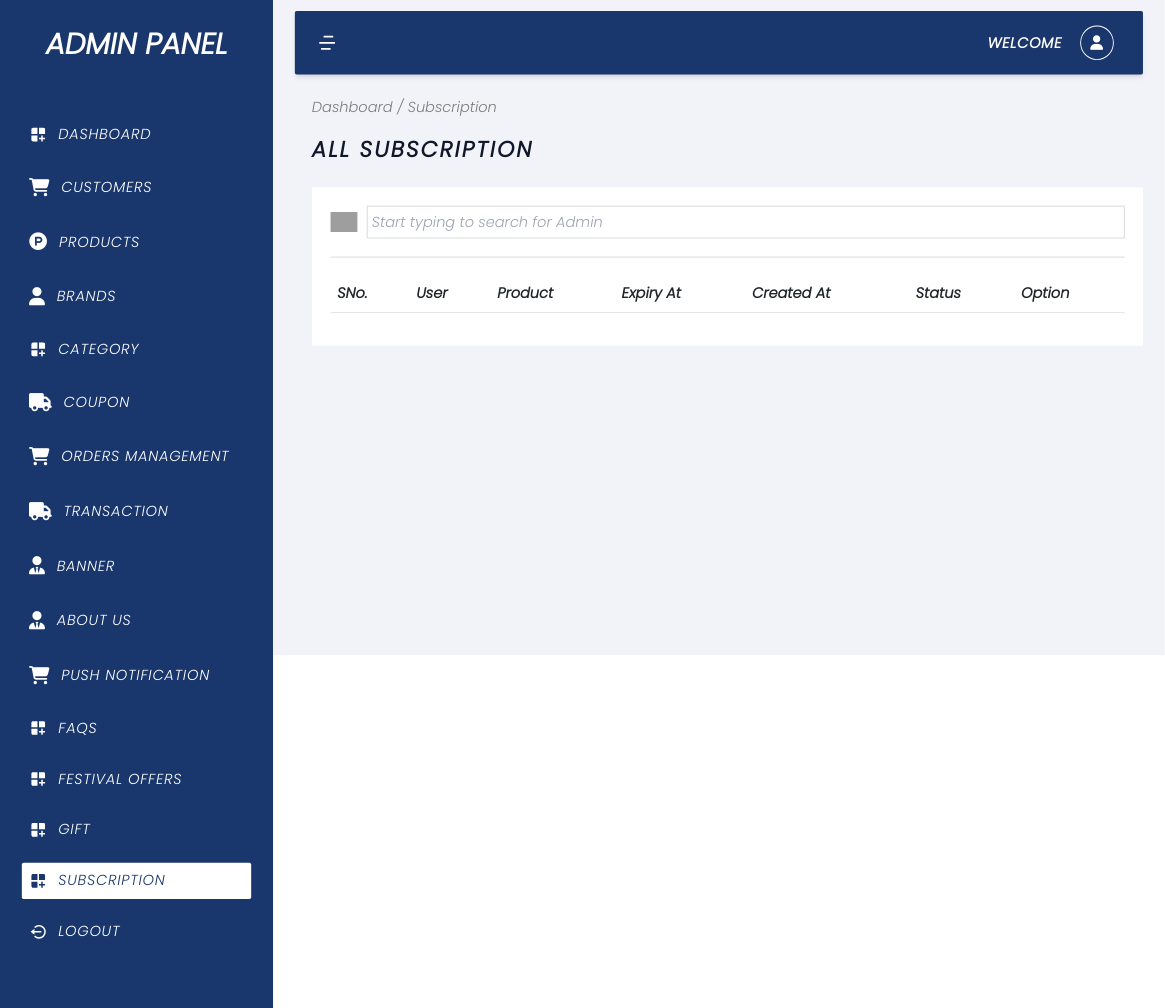
Repository: FlyweisReact/AnilAdminPanel
Page: /subs
An editor plug-in stored every save of this project. The page is shown before and after the next save, followed by the edit.
The browser window is 1280 px wide. The pictures show the whole page, at 91% of full size.
Pictures or frames that could not be fetched are drawn as grey boxes. The page's requests for data from a server got no answer. Some web libraries are served in a nearby version. The project was rebuilt for these pictures with package versions that can differ from the ones it lists, and the page was loaded fresh each time. No one was signed in, and anything a server would have sent is missing. Also part of the build but not shown: src/E-CommerceAdmin/forms/Login.jsx, src/E-CommerceAdmin/pages/ECategory.js, src/E-CommerceAdmin/pages/EProduct.js, src/E-CommerceAdmin/pages/EAdminOrders.js, src/E-CommerceAdmin/pages/EAdminDelivery.js, src/E-CommerceAdmin/pages/EAdminCustomer.js, src/E-CommerceAdmin/pages/EAdmin.js, src/E-CommerceAdmin/pages/ESubCategory.js and 6 more.

Above is the page before, as saved 2023-05-04 14:29:08.

### public/index.html
<!-- @format -->

<!DOCTYPE html>
<html lang="en">
  <head>
    <meta charset="utf-8" />
    <meta name="viewport" content="width=device-width, initial-scale=1" />
    <meta name="theme-color" content="#000000" />
    <meta
      name="description"
      content="Web site created using create-react-app"
    />
    <link rel="apple-touch-icon" href="%PUBLIC_URL%/favicon.ico?v=2" />
    <link rel="manifest" href="%PUBLIC_URL%/manifest.json" />
    <link rel="preconnect" href="https://fonts.googleapis.com">
<link rel="preconnect" href="https://fonts.gstatic.com" crossorigin>
<link href="https://fonts.googleapis.com/css2?family=Roboto+Mono:ital,wght@1,300&display=swap" rel="stylesheet">
    <title>Anil Admin Panel</title>
  </head>
  <body>
    <noscript>You need to enable JavaScript to run this app.</noscript>
    <div id="root"></div>
    <script src="https://code.jquery.com/jquery-3.6.0.min.js"></script>
    <script src="https://kit.fontawesome.com/b533b351e4.js" crossorigin="anonymous"></script>
  </body>
</html>

### src/index.js
import React from "react";
import ReactDOM from "react-dom/client";
import "./index.css";
import App from "./App";
import { BrowserRouter } from "react-router-dom";
import 'bootstrap/dist/css/bootstrap.min.css'

const root = ReactDOM.createRoot(document.getElementById("root"));
root.render(
  <React.StrictMode>
    <BrowserRouter>
      <App />
    </BrowserRouter>
  </React.StrictMode>
);

### src/index.css
/** @format */

@tailwind base;
@tailwind components;
@tailwind utilities;

@import url("https://fonts.googleapis.com/css2?family=Roboto+Mono:ital,wght@1,300&display=swap");
@font-face {
  font-family: Roboto;
  src: url("./Fonts/Poppins-LightItalic.ttf");
}
body {
  margin: 0;
  font-family: Roboto !important;
  -webkit-font-smoothing: antialiased;
  -moz-osx-font-smoothing: grayscale;
}

code {
  font-family: Roboto !important;
}

html {
  font-family: Roboto !important;
}

::-webkit-scrollbar {
  width: 10px;
}
.fa-trash {
  color: red;
  cursor: pointer;
}

.iCOn {
  transition: 0.5s;
  box-shadow: none;
  transform: scale(1);
}
.cardDiv {
  cursor: pointer;
}

.cardDiv:hover .iCOn {
  box-shadow: rgba(0, 0, 0, 0.35) 0px 5px 15px;
  transform: scale(1.3);
}

/* Track */
::-webkit-scrollbar-track {
  background: #f1f1f1;
}

/* Handle */
::-webkit-scrollbar-thumb {
  background: #888;
}

/* Handle on hover */
::-webkit-scrollbar-thumb:hover {
  background: #555;
}
.profileImage {
  width: 100px;
}
.fa-eye {
  color: #029aff;
  cursor: pointer;
}
.fa-edit {
  cursor: pointer;
  color: blue;
}

.View {
  border: 1px solid black;
  width: 100%;
  padding: 10px;
}

.main-card--container {
  display: grid;
  grid-template-columns: repeat(3, minmax(300px, 500px));
  grid-gap: 50px;
  justify-content: space-around;
}
.card-container {
  margin: 25px 0 auto;
  box-shadow: rgba(0, 0, 0, 0.35) 0px 5px 15px;
  position: relative;
  display: grid;
  grid-template-columns: 1fr;
  justify-content: space-around;
  align-items: flex-start;
}

.gridCont{
  display: grid;
  grid-template-columns: auto auto auto;
  justify-content: space-evenly;
  gap: 20px;
}
.gridCont div img{
  width: 300px;
  height: 200px;
}
.gridCont div p{
  margin: 0;
}
.gridCont div{
  padding: 10px;
  box-shadow: rgba(0, 0, 0, 0.35) 0px 5px 15px;
}
.gridCont div .head{
  font-weight: bold;
}
.gridCont div button{
  width: 100%;
  margin-top: 10px;

  border-radius: 0px;
  margin-bottom: 10px;
}



.myEdit:focus {
  box-shadow: rgba(0, 0, 0, 0.35) 0px 5px 15px;
}

.AstroLogin {
  color: #fff;
  background-color: #2b7a8e;
  padding: 10px;
  width: 380px;
  text-align: center;
  font-size: 20px;
  background: linear-gradient(to left, #2b7a8e 50%, #fff 50%) right;
  background-size: 200%;
  transition: 0.5s ease-out;
  border: 1px solid #2b7a8e;
  margin-top: 10px;
  text-transform: uppercase;
}
.AstroLogin:hover {
  background-position: left;
  color: #2b7a8e;
}

.EcommerceAdminLogin {
  color: #fff;
  background-color: #19376d;
  padding: 10px;
  width: 380px;
  text-align: center;
  font-size: 20px;
  background: linear-gradient(to left, #19376d 50%, #fff 50%) right;
  background-size: 200%;
  transition: 0.5s ease-out;
  border: 1px solid #19376d;
  margin-top: 10px;
  text-transform: uppercase;
}

.EcommerceAdminLogin:hover {
  background-position: left;
  color: #19376d;
}
.EcommerceVendorLogin {
  color: #fff;
  background-color: #576cbc;
  padding: 10px;
  width: 380px;
  text-align: center;
  font-size: 20px;
  background: linear-gradient(to left, #576cbc 50%, #fff 50%) right;
  background-size: 200%;
  transition: 0.5s ease-out;
  border: 1px solid #576cbc;
  margin-top: 10px;
  text-transform: uppercase;
}

.EcommerceVendorLogin:hover {
  background-position: left;
  color: #576cbc;
}

.view {
  background-color: #2196f3;
  color: #fff;
  width: 50%;
  padding: 5px;
}

.two-sec {
  display: flex;
  justify-content: space-evenly;
  justify-content: space-evenly;
}
.two-sec .left {
  width: 60%;
  background-color: #f6f1ef;
  padding: 20px;
}
.two-sec .left .head {
  font-size: 25px;
  font-weight: bold;
}

.two-sec .right {
  width: 30%;
  background-color: #f6f1ef;
}

.searchDiv {
  width: 100%;
  display: flex;
  gap: 10px;
  border: 1px solid rgb(179, 179, 179);
  padding: 10px;
  margin-bottom: 20px;
  align-items: center;
}
.searchDiv input {
  width: 94%;
  outline: none;
  border: none;
}

.flexCont {
  display: flex;
  align-items: center;
  gap: 10px;
}
.flexCont img {
  width: 60px;
  background-color: #e9ecef;
}

.blockContent {
  display: block;
}
.blockContent p {
  margin: 0;
}

.checkBox {
  width: 50px;
  height: 25px;
  background-color: #e9ecef;
  border-radius: 50px;
  position: relative;
  cursor: pointer;
}
.checkBox span {
  width: 20px;
  height: 20px;
  border-radius: 100%;
  background-color: #fff;
  position: absolute;
  left: 5px;
  top: 2px;
}
.ActivecheckBox {
  width: 50px;
  height: 25px;
  background-color: #0d6efd;
  border-radius: 50px;
  position: relative;
  cursor: pointer;
}
.ActivecheckBox span {
  width: 20px;
  height: 20px;
  border-radius: 100%;
  background-color: #fff;
  position: absolute;
  right: 5px;
  top: 2px;
}

.fa-eye {
  color: #0cba73;
  background-color: #d6f8e8;
  width: 40px;
  text-align: center;
  height: 40px;
  display: flex;
  border-radius: 100%;
  justify-content: center;
  padding-top: 10px;
  transition: 0.5s;
}

.fa-pen-to-square {
  color: #f4c39c;
  background-color: #ffebdb;
  width: 40px;
  text-align: center;
  height: 40px;
  display: flex;
  border-radius: 100%;
  justify-content: center;
  padding-top: 10px;
  cursor: pointer;
  transition: 0.5s;
}
.fa-trash {
  color: #df939f;
  background-color: #ffe1e8;
  width: 40px;
  text-align: center;
  height: 40px;
  display: flex;
  border-radius: 100%;
  justify-content: center;
  padding-top: 10px;
  cursor: pointer;
  transition: 0.5s;
}
.fa-trash:hover {
  transform: scale(1.2);
}
.fa-eye:hover {
  transform: scale(1.2);
}
.fa-pen-to-square:hover {
  transform: scale(1.2);
}
.required {
  color: #e74260;
}

.headP {
  margin-left: 2%;
  color: #7b7c7d;
}
.filterBox {
  display: flex;
  align-items: center;
  gap: 10px;
  border-bottom: 1px solid #d4d7dc;
  padding-bottom: 20px;
  margin-bottom: 20px;
}
.filterBox img {
  width: 30px;
}
.filterBox input {
  width: 100%;
  border: 1px solid #d4d7dc;
  outline: none;
  padding: 5px;
  color: black;
}
.sectionCont {
  width: 98%;
  background-color: #fff;
  margin-left: 2%;
  padding: 20px;
}

.overFlowCont {
  width: 100%;
  overflow-x: auto;
}

.UserProfile {
  border: 1px solid #fff;
  padding: 10px;
  border-radius: 100%;
  transition: 0.5s;
  margin-left: 20px;
  cursor: pointer;
}

.UserProfile:hover {
  background-color: #fff;
  color: #000;
}

.submitBtn{
  border-radius: 0 !important;
  background-color: #19376d !important  ;

}

.pagination{
display: flex;
justify-content: center;
align-items: center;
gap: 10px;
margin-bottom: 20px;
}
.pagination button{
  border: 1px solid black;
  padding: 10px;
}

.activePage{
  background-color: #19376d;
  color: #fff;
  border: 1px solid #19376d  !important;
}

.active{
  background-color: #fff;
  color:#19376d !important
}
.prevBtn{
  background-color: #fff;
  color: #19376d;
  border: 1px solid #19376d  !important;
  transition: 0.5s;
}

.prevBtn:hover , .prevBtn:focus , .prevBtn:active{
  background-color: #19376d;
  color: #fff;
  border: 1px solid #19376d  !important;
}
.prevBtn{
  background-color: #fff;
  color: #19376d;
  border: 1px solid #19376d  !important;
  transition: 0.5s;
}

.prevBtn:hover , .prevBtn:focus , .prevBtn:active{
  background-color: #19376d;
  color: #fff;
  border: 1px solid #19376d  !important;
}

### src/App.js
/** @format */

import { Routes, Route } from "react-router-dom";
import { ToastContainer } from "react-toastify";
import "react-toastify/dist/ReactToastify.css";
import Login from "./E-CommerceAdmin/forms/Login";
import ECategory from "./E-CommerceAdmin/pages/ECategory";
import EProduct from "./E-CommerceAdmin/pages/EProduct";
import EAdminOrders from "./E-CommerceAdmin/pages/EAdminOrders";
import EAdminDelivery from "./E-CommerceAdmin/pages/EAdminDelivery";
import EAdminCustomer from "./E-CommerceAdmin/pages/EAdminCustomer";
import EAdmin from "./E-CommerceAdmin/pages/EAdmin";
import ESubCategory from "./E-CommerceAdmin/pages/ESubCategory";
import PushNotification from "./E-CommerceAdmin/pages/PushNotification";
import Transaction from "./E-CommerceAdmin/pages/Transaction";
import Banner from "./E-CommerceAdmin/pages/Banner";
import About from "./E-CommerceAdmin/pages/About";
import WholesOffer from "./E-CommerceAdmin/pages/WholesOffer";
import GiftBox from "./E-CommerceAdmin/pages/GiftBox";
import Subscription from "./E-CommerceAdmin/pages/Subscription";

function App() {
  return (
    <>
      <ToastContainer />

      <Routes>
        <Route path="/" element={<Login />} />
        <Route path="/Customer" element={<EAdminCustomer />} />
        <Route path="/Product" element={<EProduct />} />
        <Route path="/Brands" element={<EAdmin />} />
        <Route path="/Category" element={<ECategory />} />
        <Route path="/Coupon" element={<EAdminDelivery />} />
        <Route path="/Orders" element={<EAdminOrders />} />
        <Route path="/Transation" element={<Transaction />} />
        <Route path="/Banner" element={<Banner />} />
        <Route path="/About" element={<About />} />
        <Route path="/Notification" element={<PushNotification />} />
        <Route path="/Faqs" element={<ESubCategory />} />
        <Route path="/wholeSale" element={<WholesOffer />} />
        <Route path="/gift" element={<GiftBox />} />
        <Route path="/subs" element={<Subscription />} />
      </Routes>
    </>
  );
}

export default App;

### src/E-CommerceAdmin/pages/Subscription.js
/** @format */

import axios from "axios";
import React, { useEffect, useState } from "react";
import { Table } from "react-bootstrap";
import HOC from "../layout/HOC";

const Subscription = () => {
    const [data, setData] = useState([]);

    const fetchData = async () => {
      try {
        const { data } = await axios.get(
          "https://xw9mf13nwl.execute-api.ap-south-1.amazonaws.com/dev/api/v1/subscriptions"
        );
        setData(data);
      } catch (e) {
        console.log(e);
      }
    };

    useEffect(() => {
      fetchData();
    }, []);





    return (
      <>


        <p className="headP">Dashboard / Subscription</p>

        <div
          className="pb-4  w-full flex justify-between items-center"
          style={{ width: "98%", marginLeft: "2%" }}
        >
          <span
            className="tracking-widest text-slate-900 font-semibold uppercase "
            style={{ fontSize: "1.5rem" }}
          >
            All Subscription
          </span>

        </div>
        <section className="sectionCont">
          <div className="filterBox">
            <img
              src="https://t4.ftcdn.net/jpg/01/41/97/61/360_F_141976137_kQrdYIvfn3e0RT1EWbZOmQciOKLMgCwG.jpg"
              alt=""
            />
            <input type="search" placeholder="Start typing to search for Admin" />
          </div>

          <div className="overFlowCont">
            <Table>
              <thead>
                <tr>
                  <th>SNo.</th>
                  <th>User</th>
                  <th>Product</th>
                  <th>Expiry At</th>
                  <th>Created At</th>
                  <th>Status</th>
                  <th>Option</th>
                </tr>
              </thead>
              <tbody>
                {data?.data?.map((i, index) => (
                  <tr key={index}>
                    <td> #{index + 1} </td>
                    <td> {i.userId?.name} </td>
                    <td> {i.productId?.name} </td>
                    <td> {i.endDate?.substr(0, 10)} </td>
                    <td> {i.startDate?.substr(0, 10)} </td>
                    <td> {i.status} </td>

                  </tr>
                ))}
              </tbody>
            </Table>
          </div>
        </section>
      </>
    );
  };

export default HOC(Subscription)

### src/E-CommerceAdmin/layout/HOC.jsx
/** @format */

import React, { useState } from "react";
import Navbar from "./Navbar";
import Sidebar from "./Sidebar";

const HOC = (Wcomponenet) => {
  return function Component() {
    const [hamb, setHamb] = useState(false);
    return (
      <>
        <section className="flex overflow-x-hidden relative ">
          {/* Sidebar */}
          <div
            className={
              hamb
                ? " absolute top-0 z-30 md:w-auto shadow-md bg-slate-200  w-60 transition-all md:-left-full left duration-150  h-auto overflow-y-auto  left-0 "
                : " md:w-72 z-30 bg-slate-200  shadow-md  md:static absolute top-0 -left-full   transition-all duration-150  overflow-y-auto h-auto"
            }
            style={{ minWidth: "300px" }}
          >
            <Sidebar hamb={hamb} setHamb={setHamb} />
          </div>
          {/* Components & Navbar */}
          <div
            className={
              hamb
                ? " transition-all px-4 py-2  duration-150 w-full h-screen"
                : " w-full h-screen  px-4 py-2   z-50 transition-all duration-150 "
            }
            style={{backgroundColor : '#f2f3f8'}}
          >
            <Navbar hamb={hamb} setHamb={setHamb} />
            <div className="my-6 text-#000 h-[87%] wcomp overflow-y-auto">
              {" "}
              <Wcomponenet />
            </div>
          </div>
        </section>
      </>
    );
  };
};

export default HOC;

### src/E-CommerceAdmin/layout/Navbar.jsx
/** @format */

import { useState } from "react";
import { RiMenu4Line } from "react-icons/ri";
import { ProfileUpdate } from "../Modals/Modals";

const Navbar = ({ hamb, setHamb }) => {
  const [openProfile, setOpenProfile] = useState(false);

  return (
    <>
      <ProfileUpdate show={openProfile} onHide={() => setOpenProfile(false)} />

      <div
        className={
          hamb
            ? "flex  w-full justify-between  my-1 rounded-sm  p-4 py-3 shadow-md items-center  bg-slate-200 space-x-4"
            : "flex  w-full justify-between my-1 rounded-sm  p-4 py-3 shadow-md items-center  bg-slate-200 space-x-4"
        }
        style={{ backgroundColor: "#19376d" }}
      >
        <RiMenu4Line
          onClick={() => setHamb(!hamb)}
          className="text-2xl font-bold text-gray-900 hover:scale-90 cursor-pointer"
          style={{ color: "#fff" }}
        />

        <section className="flex sm:ml-auto justify-end sm:w-full items-center space-x-2  pr-2">
          <figcaption className="tracking-wider pl-1 font-semibold">
            <div
              className="lg:text-base text-sm text-gray-900  uppercase"
              style={{ color: "#fff" }}
            >
              Welcome
              <i
                className="fa-solid fa-user UserProfile"
                onClick={() => setOpenProfile(!openProfile)}
              ></i>
            </div>
          </figcaption>
        </section>
      </div>
    </>
  );
};

export default Navbar;

### src/E-CommerceAdmin/layout/Sidebar.jsx
/** @format */

import React from "react";
import { RiCloseLine } from "react-icons/ri";
import { Link, useLocation, useNavigate } from "react-router-dom";
import { BiLogOutCircle } from "react-icons/bi";
import { MdDashboardCustomize } from "react-icons/md";

const Sidebar = ({ hamb, setHamb }) => {
  const navigate = useNavigate();
  const location = useLocation();

  const nav = [
    {
      icon: <MdDashboardCustomize className="text-xl mr-3 rounded-full " />,
      link: "/E-Commerce/dashboard",
      name: "Dashboard",
    },

    {
      icon: (
        <i className="fa-solid fa-cart-shopping text-xl mr-3 rounded-full"></i>
      ),
      link: "/Customer",
      name: "Customers",
    },

    {
      icon: (
        <i className="fa-brands fa-product-hunt text-xl mr-3 rounded-full"></i>
      ),
      link: "/Product",
      name: "Products",
    },

    {
      icon: <i class="fa-solid fa-user text-xl mr-3 rounded-full"></i>,
      link: "/Brands",
      name: "Brands",
    },
    {
      icon: <MdDashboardCustomize className="text-xl mr-3 rounded-full " />,
      link: "/Category",
      name: "Category",
    },
    {
      icon: <i class="fa-solid fa-truck  text-xl mr-3 rounded-full"></i>,
      link: "/Coupon",
      name: "Coupon",
    },

    {
      icon: (
        <i className="fa-solid fa-cart-shopping text-xl mr-3 rounded-full"></i>
      ),
      link: "/Orders",
      name: "Orders Management",
    },
    {
      icon: <i class="fa-solid fa-truck  text-xl mr-3 rounded-full"></i>,
      link: "/Transation",
      name: "Transaction",
    },

    {
      icon: <i class="fa-solid fa-user-tie text-xl mr-3 rounded-full"></i>,
      link: "/Banner",
      name: "Banner",
    },
    {
      icon: <i class="fa-solid fa-user-tie text-xl mr-3 rounded-full"></i>,
      link: "/About",
      name: "About Us",
    },

    {
      icon: (
        <i className="fa-solid fa-cart-shopping text-xl mr-3 rounded-full"></i>
      ),
      link: "/Notification",
      name: "Push Notification",
    },

    {
      icon: <MdDashboardCustomize className="text-xl mr-3 rounded-full " />,
      link: "/Faqs",
      name: "FAQS",
    },
    {
      icon: <MdDashboardCustomize className="text-xl mr-3 rounded-full " />,
      link: "/wholeSale",
      name: "Festival Offers",
    },
    {
      icon: <MdDashboardCustomize className="text-xl mr-3 rounded-full " />,
      link: "/gift",
      name: "Gift ",
    },
    {
      icon: <MdDashboardCustomize className="text-xl mr-3 rounded-full " />,
      link: "/subs",
      name: "Subscription",
    },
  ];

  const logOut = () => {
    navigate("/");
  };

  return (
    <>
      <aside
        className="p-4 h-auto"
        style={{ backgroundColor: "#19376d", minHeight: "100vh" }}
      >
        {/* Top */}
        <div className="w-full md:hidden relative  p-2 mb-4">
          <RiCloseLine
            onClick={() => setHamb(!hamb)}
            className="text-3xl  absolute top-2 sm:hover:rotate-[228deg] transition-transform font-bold right-2 sm:hover:text-[22px] text-[rgb(241,146,46)] cursor-pointer"
          />
        </div>{" "}
        <figure className="flex  flex-col items-center">
          <span
            className="font-bold text-[#fff]"
            style={{
              fontSize: "2rem",
              textAlign: "center",
              textTransform: "uppercase",
            }}
          >
            ADMIN PANEL
          </span>
        </figure>
        <nav className="py-6">
          {nav.map((nav) => {
            return (
              <Link
                to={nav.link}
                key={nav.name}
                className=""
                style={{ textDecoration: "none", textTransform: "uppercase" }}
              >
                <span
                  className={
                    location.pathname === nav.link
                      ? "active flex my-3 items-center cursor-pointer text-gray-900    tracking-wider p-2 rounded-sm "
                      : "flex my-3 items-center cursor-pointer text-gray-900    tracking-wider p-2 rounded-sm "
                  }
                  style={{ color: "#FFF" }}
                >
                  {nav.icon} {nav.name}
                </span>
              </Link>
            );
          })}
          <span
            className="flex my-3 items-center cursor-pointer text-gray-900    tracking-wider p-2 rounded-sm"
            onClick={() => logOut()}
            style={{ color: "#FFF", textTransform: "uppercase" }}
          >
            <BiLogOutCircle className="text-xl mr-3 rounded-full " /> LogOut
          </span>
        </nav>
      </aside>
    </>
  );
};

export default Sidebar;

### src/E-CommerceAdmin/Modals/Modals.js
/** @format */

import { Button, Form, Modal } from "react-bootstrap";

export function ProfileUpdate(props) {
  return (
    <Modal
      {...props}
      size="lg"
      aria-labelledby="contained-modal-title-vcenter"
      centered
    >
      <Modal.Header closeButton>
        <Modal.Title id="contained-modal-title-vcenter">
          Update Profile
        </Modal.Title>
      </Modal.Header>
      <Modal.Body>
        <Form>
          <Form.Group className="mb-3">
            <Form.Label>Name</Form.Label>
            <Form.Control type="text" />
          </Form.Group>
          <Form.Group className="mb-3">
            <Form.Label>Email</Form.Label>
            <Form.Control type="email" />
          </Form.Group>
          <Form.Group className="mb-3">
            <Form.Label>Phone Number</Form.Label>
            <Form.Control type="tel" pattern="[0-9]{10}" />
          </Form.Group>
          <Form.Group className="mb-3">
            <Form.Label>Password</Form.Label>
            <Form.Control type="password" />
          </Form.Group>
          <Button className="submitBtn" >Submit</Button>
        </Form>
      </Modal.Body>
      <Modal.Footer></Modal.Footer>
    </Modal>
  );
}

Loaded but not shown: tailwind.config.js (common file)

After the next save:
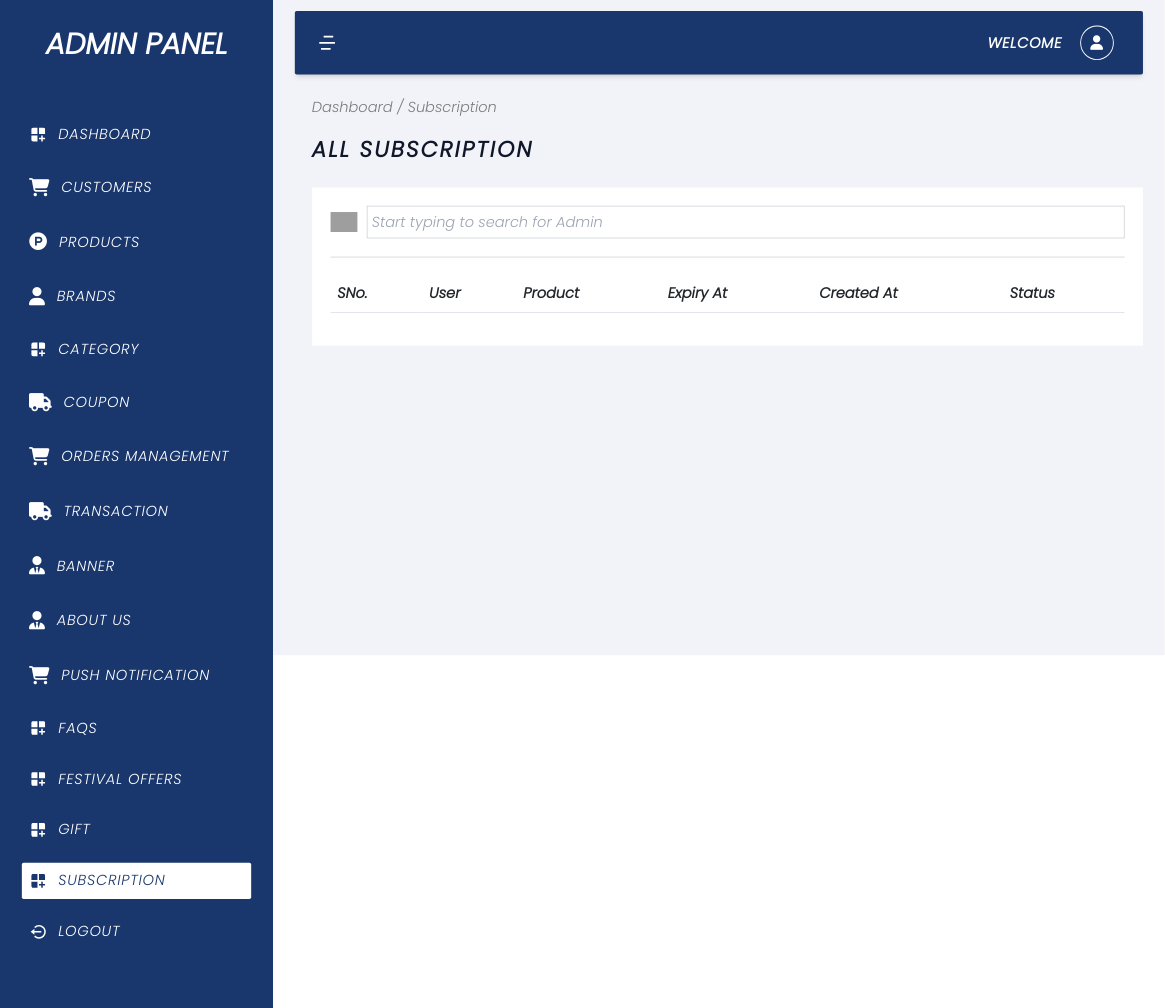
Saved 16 s later.
--- a/src/E-CommerceAdmin/pages/Subscription.js
+++ b/src/E-CommerceAdmin/pages/Subscription.js
@@ -64,7 +64,6 @@ const Subscription = () => {
                   <th>Expiry At</th>
                   <th>Created At</th>
                   <th>Status</th>
-                  <th>Option</th>
                 </tr>
               </thead>
               <tbody>
